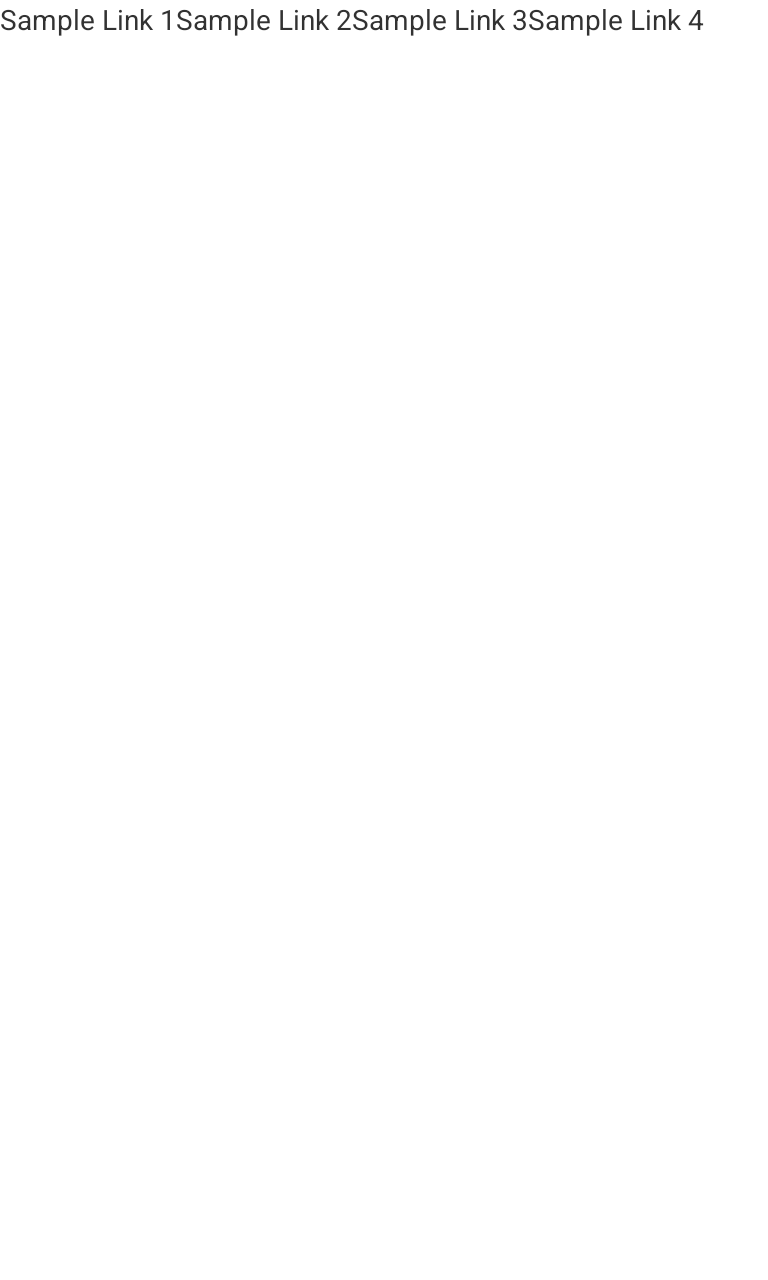
Repository: scottcaruso/MDF3_widgets_and_action_bars
Layout: news_feed_widget/res/layout/widget_layout.xml
The author's editor kept a copy of each file at every save. The layout is drawn from the files as they stood at one save, then again after the next save.
It is drawn on a 768 x 1280 px phone screen (xhdpi) without system bars, with theme AppTheme; the app's code is not run.

Above is the layout before, as saved 2013-09-19 00:48:01.

### news_feed_widget/res/layout/widget_layout.xml
<?xml version="1.0" encoding="utf-8"?>
<FrameLayout xmlns:android="http://schemas.android.com/apk/res/android"
    android:layout_width="match_parent"
    android:layout_height="match_parent" >

    <LinearLayout
        android:layout_width="wrap_content"
        android:layout_height="wrap_content" >

        <TextView
        android:id="@+id/link1"
        android:layout_width="wrap_content"
        android:layout_height="wrap_content"
        android:text="@string/sample_link_1" />

        <TextView
        android:id="@+id/link2"
        android:layout_width="wrap_content"
        android:layout_height="wrap_content"
        android:text="@string/sample_link_2" />

        <TextView
        android:id="@+id/link3"
        android:layout_width="wrap_content"
        android:layout_height="wrap_content"
        android:text="@string/sample_link_3" />

        <TextView
        android:id="@+id/link4"
        android:layout_width="wrap_content"
        android:layout_height="wrap_content"
        android:text="@string/sample_link_4" />

    </LinearLayout>



</FrameLayout>

### news_feed_widget/res/values/strings.xml
<?xml version="1.0" encoding="utf-8"?>
<resources>

    <string name="app_name">news_feed_widget</string>
    <string name="action_settings">Settings</string>
    <string name="hello_world">Hello world!</string>
    <string name="sample_link_1">Sample Link 1</string>
    <string name="sample_link_2">Sample Link 2</string>
    <string name="sample_link_3">Sample Link 3</string>
    <string name="sample_link_4">Sample Link 4</string>

</resources>

Loaded but not shown: news_feed_widget/res/values/styles.xml (common file); news_feed_widget/res/values-v11/styles.xml (common file); news_feed_widget/res/values-v14/styles.xml (common file)

After the next save:
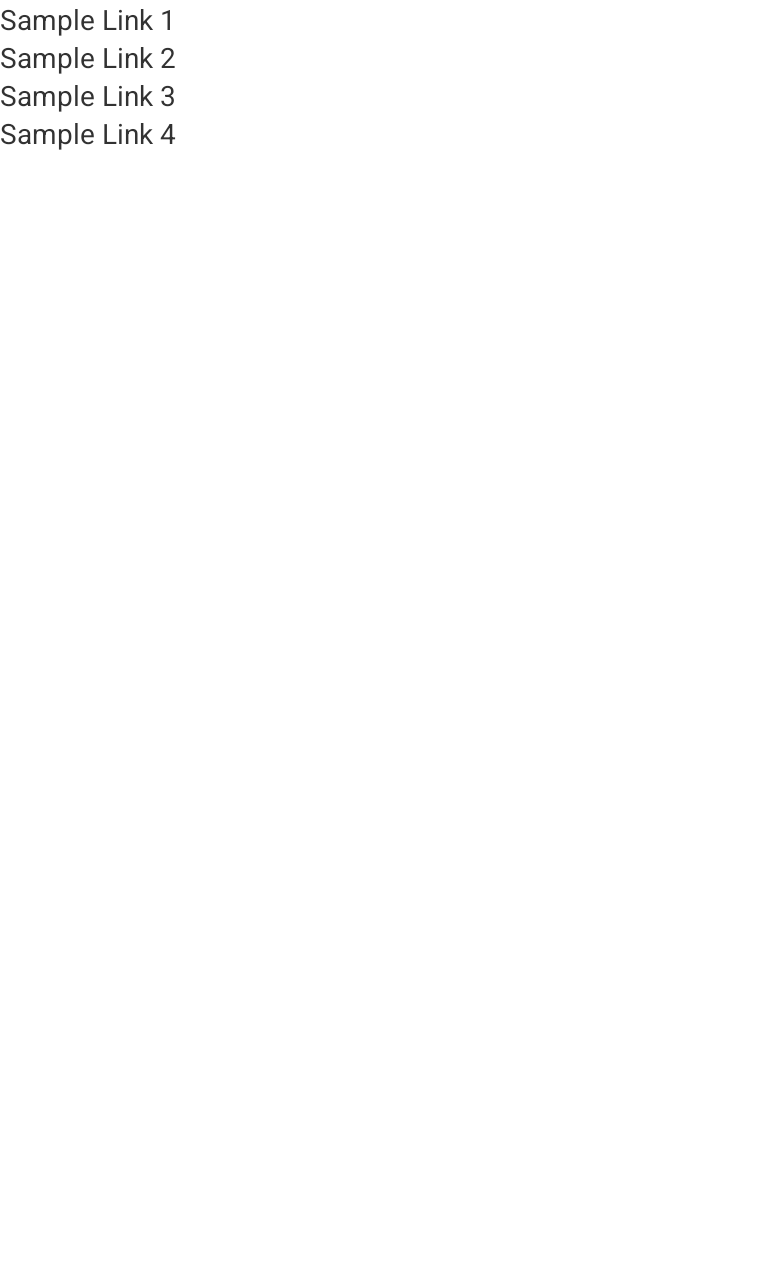
Saved 20 s later.
--- a/news_feed_widget/res/layout/widget_layout.xml
+++ b/news_feed_widget/res/layout/widget_layout.xml
@@ -5,7 +5,8 @@
 
     <LinearLayout
         android:layout_width="wrap_content"
-        android:layout_height="wrap_content" >
+        android:layout_height="wrap_content"
+        android:orientation="vertical">
 
         <TextView
         android:id="@+id/link1"
